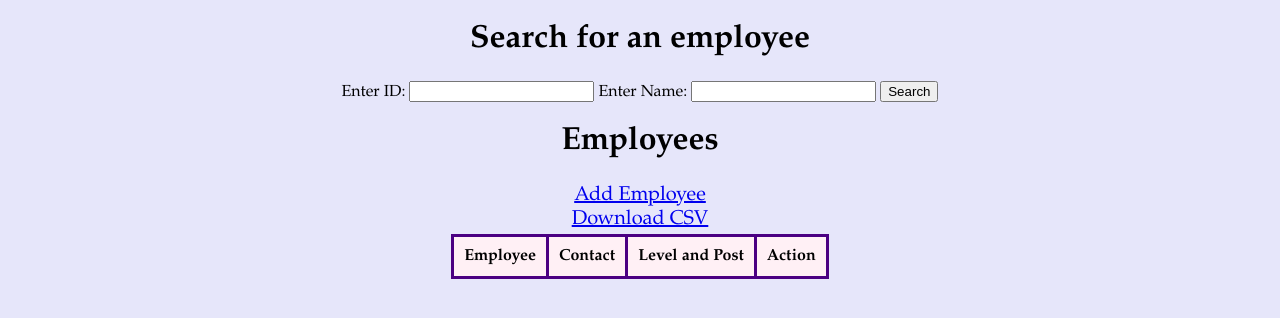
Repository: P9-Analyst-Java/employee-management-abhishekdatta12
Page: http://localhost/spring-expense-tracker/WEB-INF/views/home.jsp
The author's editor kept a copy of each file at every save. The page is drawn from the files as they stood at one save, then again after the next save.
The browser window is 1280 px wide. The pictures show the whole page.
The page is served by Tomcat 10. Nobody is signed in. Other server files are loaded and not shown. The template is opened directly, without the code that normally fills it, so the values that code supplies are empty.

Above is the page before, as saved 2023-02-22 09:29:03.

### spring-portal/spring-expense-tracker/src/main/webapp/WEB-INF/views/home.jsp
<%@ page language="java" isELIgnored="false" contentType="text/html; charset=ISO-8859-1"
    pageEncoding="UTF-8"%>
<%@ taglib prefix="c" uri="http://java.sun.com/jsp/jstl/core"%>
<%@ taglib prefix="form" uri="http://www.springframework.org/tags/form" %>
<c:set var="contextRoot" value="${pageContext.request.contextPath}"/>
<!DOCTYPE html>
<html>
<head>
<style type="text/css">
body{
	font-family: garamond;
	font-size: 16px;
	text-align: center;
	background-color: lavender;
}
div{
	margin-left: auto;
  	margin-right: auto;
  	width: 200px;
  	align-items: center;
  	font-size: 20px;

}
table, th, td{
	text-align: center;
	border: 3px solid indigo;
	border-collapse: collapse;
	padding: 3px;
	margin: 3px;
}
table{
	margin-left: auto;
  	margin-right: auto;
  	background-color: lavenderblush;
}
td{
text-align: center;
background-color: lightcyan;
}
th, td{
	padding: 10px;
}
</style>
<meta charset="ISO-8859-1">
<title>Home</title>
</head>
<body>
	<h1>Search for an employee</h1>

	<form action="${contextRoot}/search" method="post">
	Enter ID: <input  name="id"/>
	Enter Name: <input name="name"/>
	<button type="submit">Search</button>
	</form>

	<h1>Employees</h1>
	<div>
	<a href="${contextRoot}/employee">Add Employee</a>
	</div>
	<div>
	<a href="${contextRoot}/exportUsers">Download CSV</a>
	</div>
	<table>
	<tr>
	<th>Employee</th>
	<th>Contact</th>
	<th>Level and Post</th>
	<th>Action</th>
	<!-- <th>Last Name</th>
	<th>Gender</th>
	<th>Date Of Birth</th>
	<th>PAN Card Number</th>
	<th>Aadhaar Number</th>
	<th>Mobile Number</th>
	<th>Email ID</th>
	<th>Office Mail</th>
	<th>Permanent Address</th>
	<th>Present Address</th>
	<th>Blood Group</th>
	<th>Profile Picture</th>
	<th>Date of Joining</th>
	<th>Employee Level</th>
	<th>Post Name</th>
	<th>Basic Pay</th>
	<th>House Allowance</th>
	<th>Edit</th>
	<th>Delete</th>-->
	</tr>
	<c:forEach var="employee" items="${employees}">
		<tr>
			<td>${employee.firstName}&nbsp;${employee.lastName}<br/>#${employee.id}</td>

			<td>${employee.mobileNum}<br/>${employee.emailId}</td>

			<td>${employee.empLevel}/<br/>${employee.postName}</td>

			<td><a href="${contextRoot}/history/${employee.id}">Employments</a>/<a href="${contextRoot}/employee/${employee.id}">Edit</a>/<a href="${contextRoot}/${employee.id}">Delete</a></td>
			<!-- <td>${employee.id}</td>
			<td>${employee.firstName}</td>
			<td>${employee.lastName}</td>
			<td>${employee.gender}</td>
			<td>${employee.dob}</td>
			<td>${employee.panNum}</td>
			<td>${employee.aadhaarNum}</td>
			<td>${employee.mobileNum}</td>
			<td>${employee.emailId}</td>
			<td>${employee.officeMail}</td>
			<td>${employee.permanentAddress}</td>
			<td>${employee.presentAddress}</td>
			<td>${employee.bloodGroup}</td>
			<td>${employee.profilePict}</td>
			<td>${employee.doj}</td>
			<td>${employee.empLevel}</td>
			<td>${employee.postName}</td>
			<td>${employee.basicPay}</td>
			<td>${employee.houseAllowance}</td>
			<td><a href="${contextRoot}/employee/${employee.id}">Edit</a></td>
			<td><a href="${contextRoot}/${employee.id}">Delete</a></td>-->
		</tr>
	</c:forEach>
	</table>

</body>
</html>

After the next save:
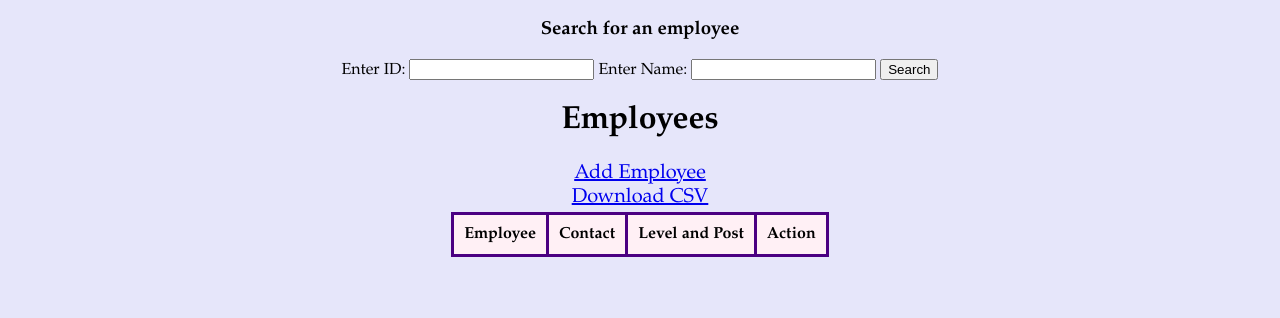
Saved 6 min 34 s later.
--- a/spring-portal/spring-expense-tracker/src/main/webapp/WEB-INF/views/home.jsp
+++ b/spring-portal/spring-expense-tracker/src/main/webapp/WEB-INF/views/home.jsp
@@ -45,7 +45,7 @@ th, td{
 <title>Home</title>
 </head>
 <body>
-	<h1>Search for an employee</h1>
+	<h3>Search for an employee</h3>
 
 	<form action="${contextRoot}/search" method="post">
 	Enter ID: <input  name="id"/>
